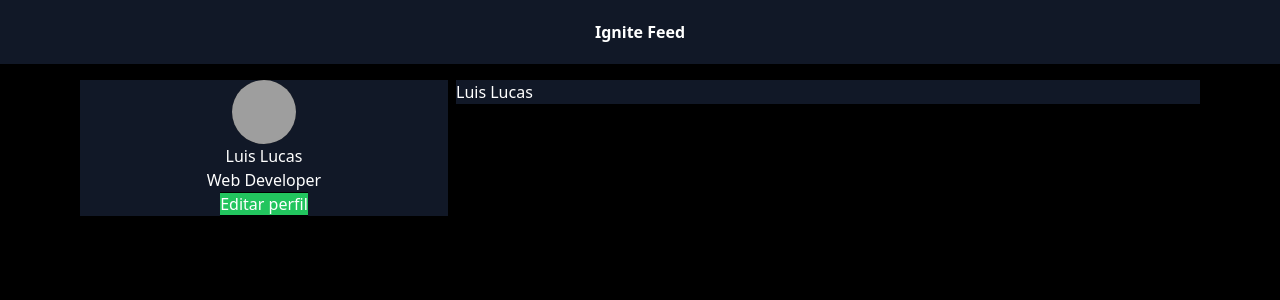
Repository: LuisSempre/ignite-feed
Page: /
The author's editor kept a copy of each file at every save. The page is drawn from the files as they stood at one save, then again after the next save.
The browser window is 1280 px wide. The pictures show the whole page.
Pictures or frames that could not be fetched are drawn as grey boxes. The project was rebuilt for these pictures with package versions that can differ from the ones it lists, and the page was loaded fresh each time. Also part of the build but not shown: vite.config.js.

Above is the page before, as saved 2022-07-13 21:35:24.

After the next save:
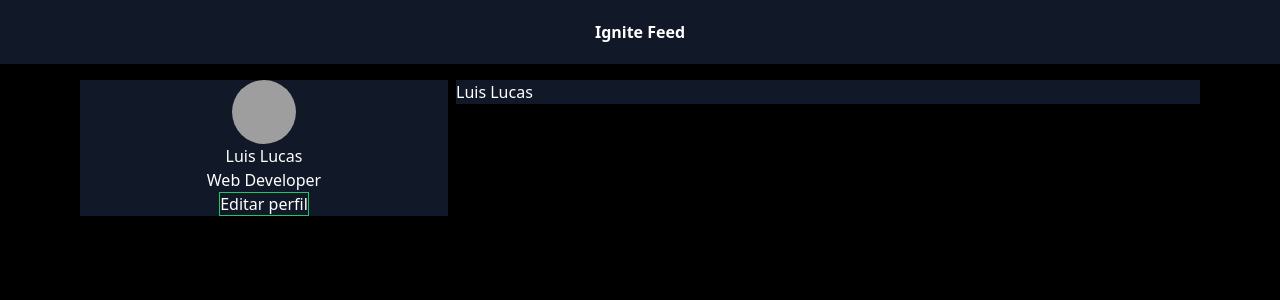
Saved 12 s later.
--- a/src/Components/Sidebar.jsx
+++ b/src/Components/Sidebar.jsx
@@ -9,7 +9,7 @@ export function Sidebar() {
       <h1>Luis Lucas</h1>
       <span>Web Developer</span>
       <div>
-        <a href="" className="bg-green-500">
+        <a href="" className="border border-green-500">
             Editar perfil
         </a>
       </div>
